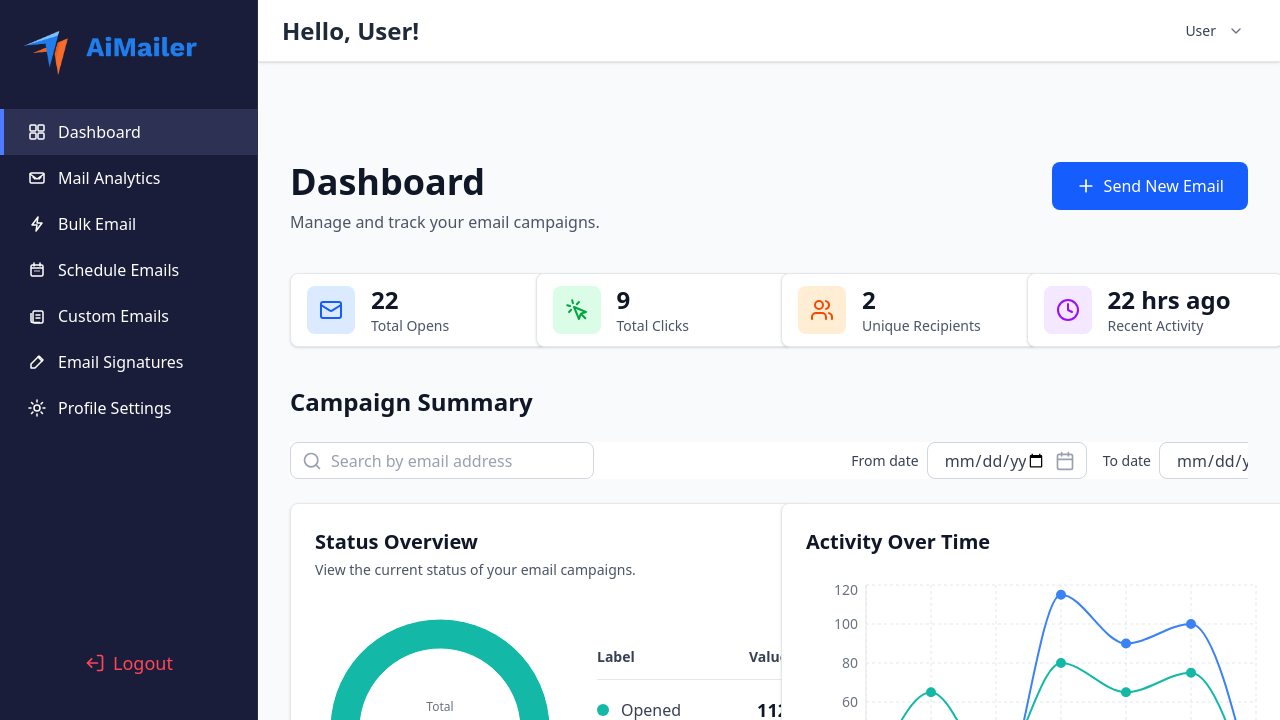
Repository: princesharma8630/AiEmailer-
Page: /signup
The author's editor kept a copy of each file at every save. The page is drawn from the files as they stood at one save, then again after the next save.
The browser window is 1280 px wide. The pictures show the whole page.
The page's requests for data from a server got no answer. An inner scrolling area shows only its first screen. The project was rebuilt for these pictures with package versions that can differ from the ones it lists, and the page was loaded fresh each time. No one was signed in, and anything a server would have sent is missing. Also part of the build but not shown: vite.config.ts, src/layouts/authLayout/authlayout.tsx, src/pages/signup/otppage.tsx, src/pages/login/resetpassword/ResetModule.tsx, src/pages/login/login.tsx, src/pages/signup/signup.tsx, src/pages/mailAnalytics/mailAnalytics.tsx, src/pages/home/home.tsx and 11 more.

Above is the page before, as saved 2025-10-26 21:38:06.

After the next save:
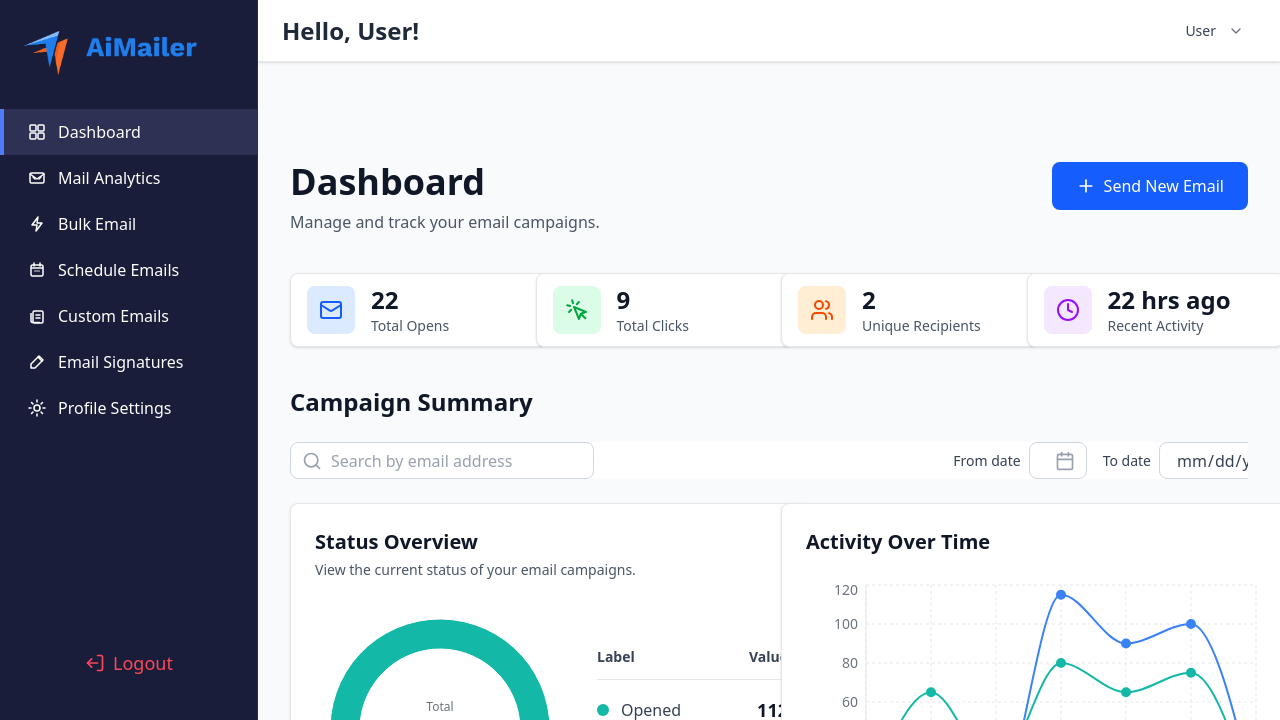
Saved 2 min 23 s later.
--- a/src/component/dashbord/FilterSection.tsx
+++ b/src/component/dashbord/FilterSection.tsx
@@ -59,7 +59,7 @@
               onChange={(e) => onFromDateChange(e.target.value)}
               placeholder="dd/mm/yyyy"
               className="h-[37px] px-4 pr-10 border border-gray-300 rounded-lg focus:outline-none focus:ring-2 focus:ring-blue-500 focus:border-transparent text-gray-700"
-              style={{ width: '160px' }}
+              style={{ width: '10px' }}
             />
             <Calendar
               className="absolute right-3 top-1/2 transform -translate-y-1/2 text-gray-400 pointer-events-none"

After the save that followed:
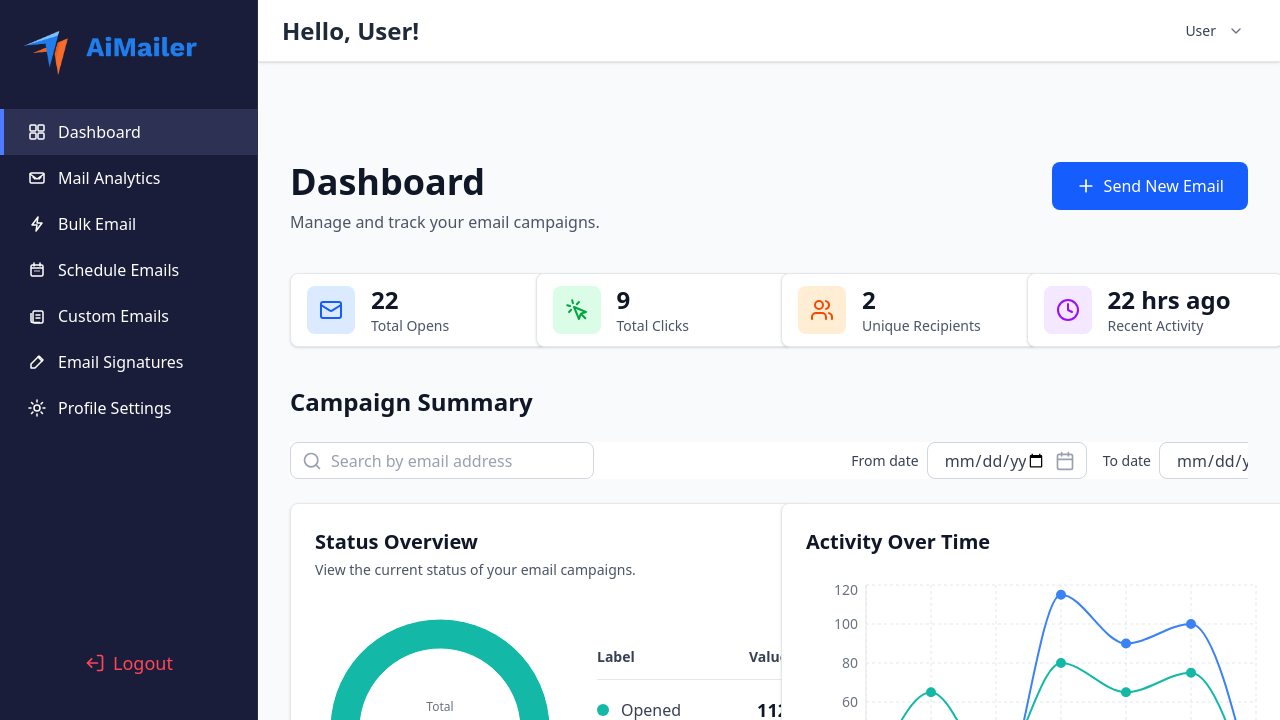
Saved 5 s later.
--- a/src/component/dashbord/FilterSection.tsx
+++ b/src/component/dashbord/FilterSection.tsx
@@ -59,7 +59,7 @@
               onChange={(e) => onFromDateChange(e.target.value)}
               placeholder="dd/mm/yyyy"
               className="h-[37px] px-4 pr-10 border border-gray-300 rounded-lg focus:outline-none focus:ring-2 focus:ring-blue-500 focus:border-transparent text-gray-700"
-              style={{ width: '10px' }}
+              style={{ width: '160px' }}
             />
             <Calendar
               className="absolute right-3 top-1/2 transform -translate-y-1/2 text-gray-400 pointer-events-none"
